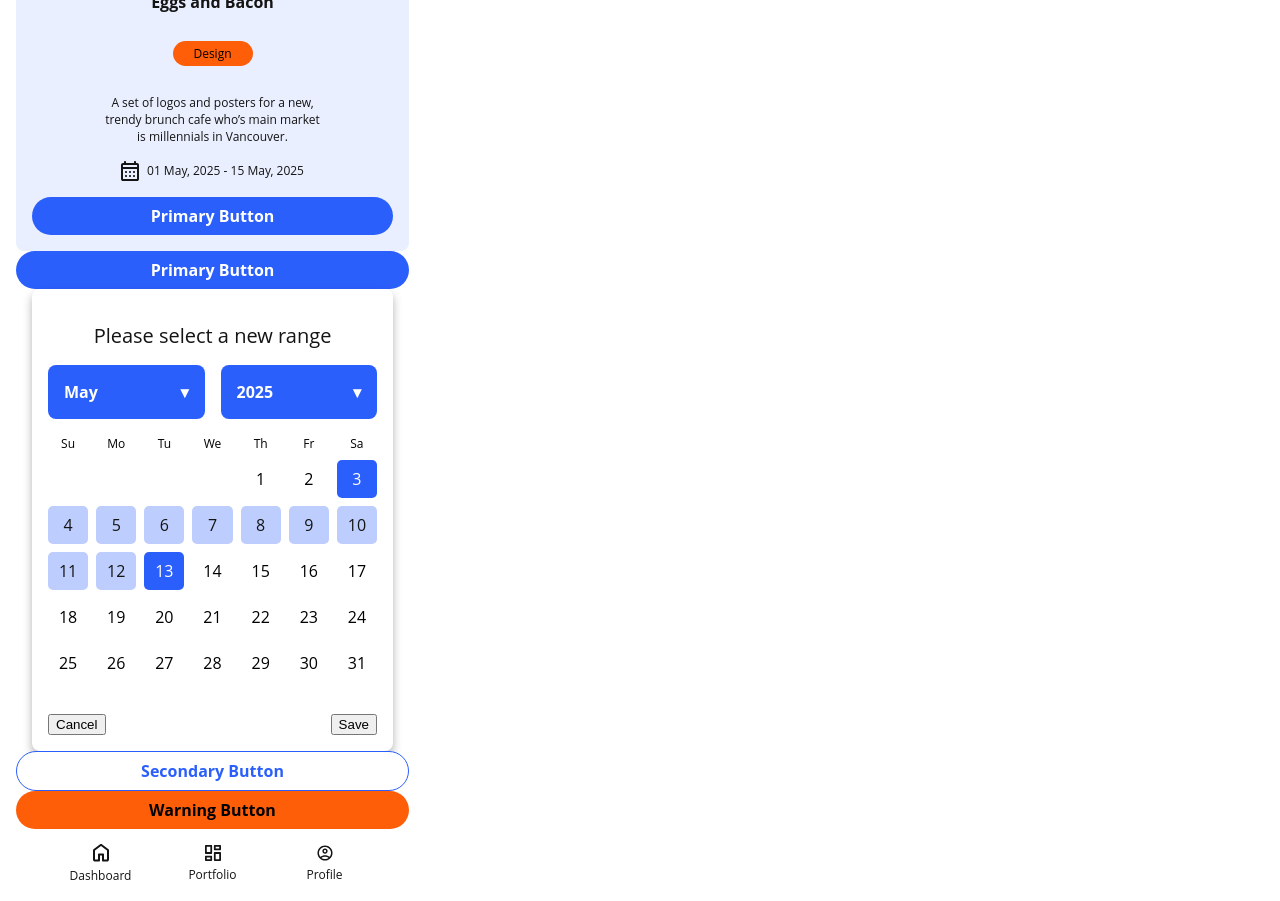
Repository: brunaguarizo/mosaic_app
Page: /
These files come from the project's save history. The page is drawn as it stood at one moment and after the next save; the edit follows.
The browser window is 1280 px wide. The pictures show the whole page.
The project was rebuilt for these pictures with package versions that can differ from the ones it lists, and the page was loaded fresh each time. The framework's server and built-in components were replaced by stand-ins that run in the browser. Also part of the build but not shown: next.config.mjs.

Above is the page before, as saved 2025-04-18 11:05:38.

After the next save:
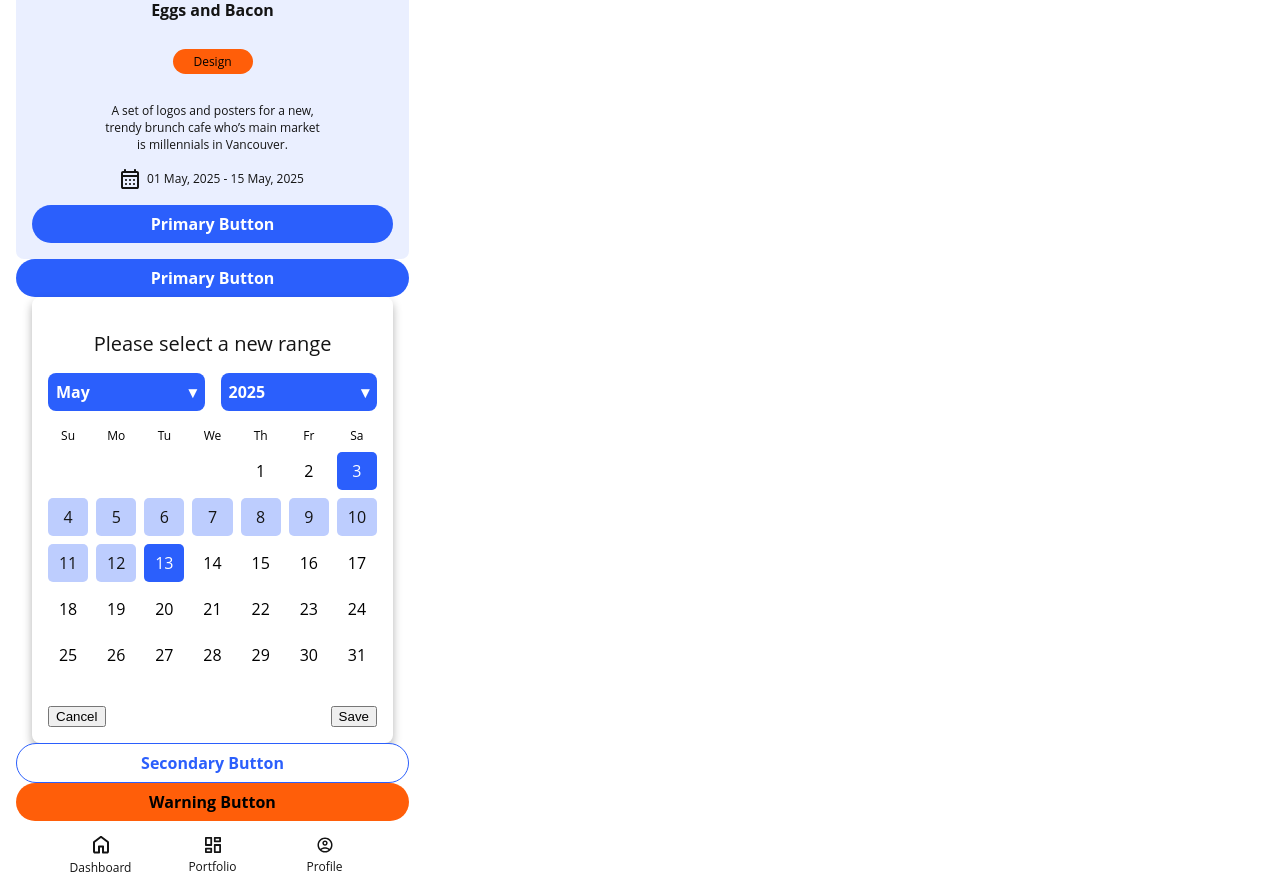
Saved 4 s later.
--- a/app/_ui/Date_PopUp/Date_PopUp.module.css
+++ b/app/_ui/Date_PopUp/Date_PopUp.module.css
@@ -98,7 +98,7 @@
     color: var(--white);
     font-weight: var(--font-weight-bold);
     border-radius: var(--space-small);
-    padding: var(--space-regular);
+    padding: var(--space-small);
     display: flex;
     justify-content: space-between;
     align-items: center;
